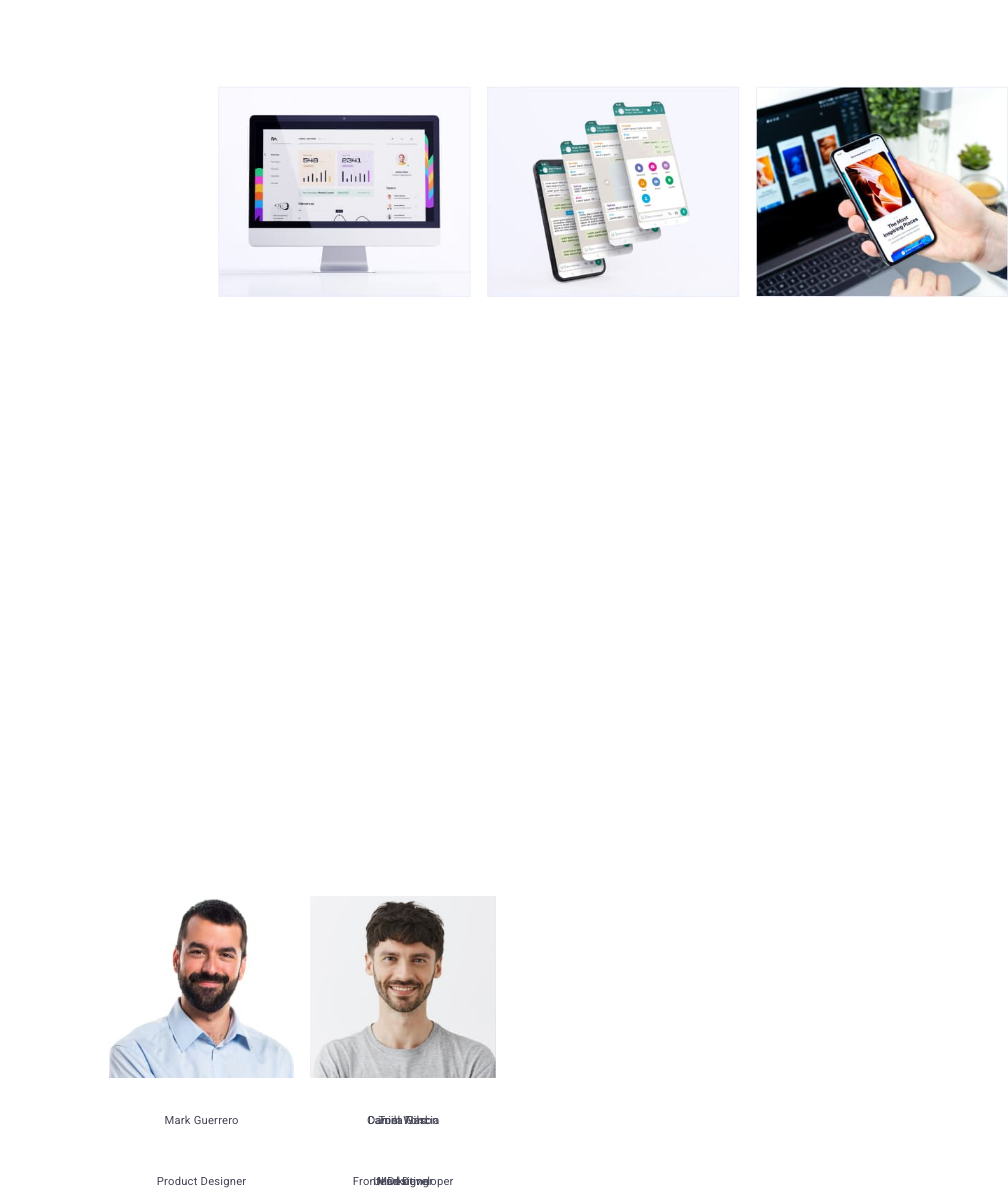
Repository: GrishchenkoNataliya/goit-markup-hw-02
Page: index.html
The author's editor kept a copy of each file at every save. The page is drawn from the files as they stood at one save, then again after the next save.
The browser window is 1280 px wide. The page is 1440 px wide, so the pictures cover 1440 px, including what lies to the right of the window. The pictures show the part of the page from y = 2020 to 3740 px (the page is 3740 px tall), at 70% of full size.

Above is the page before, as saved 2023-03-06 20:12:18.

After the next save:
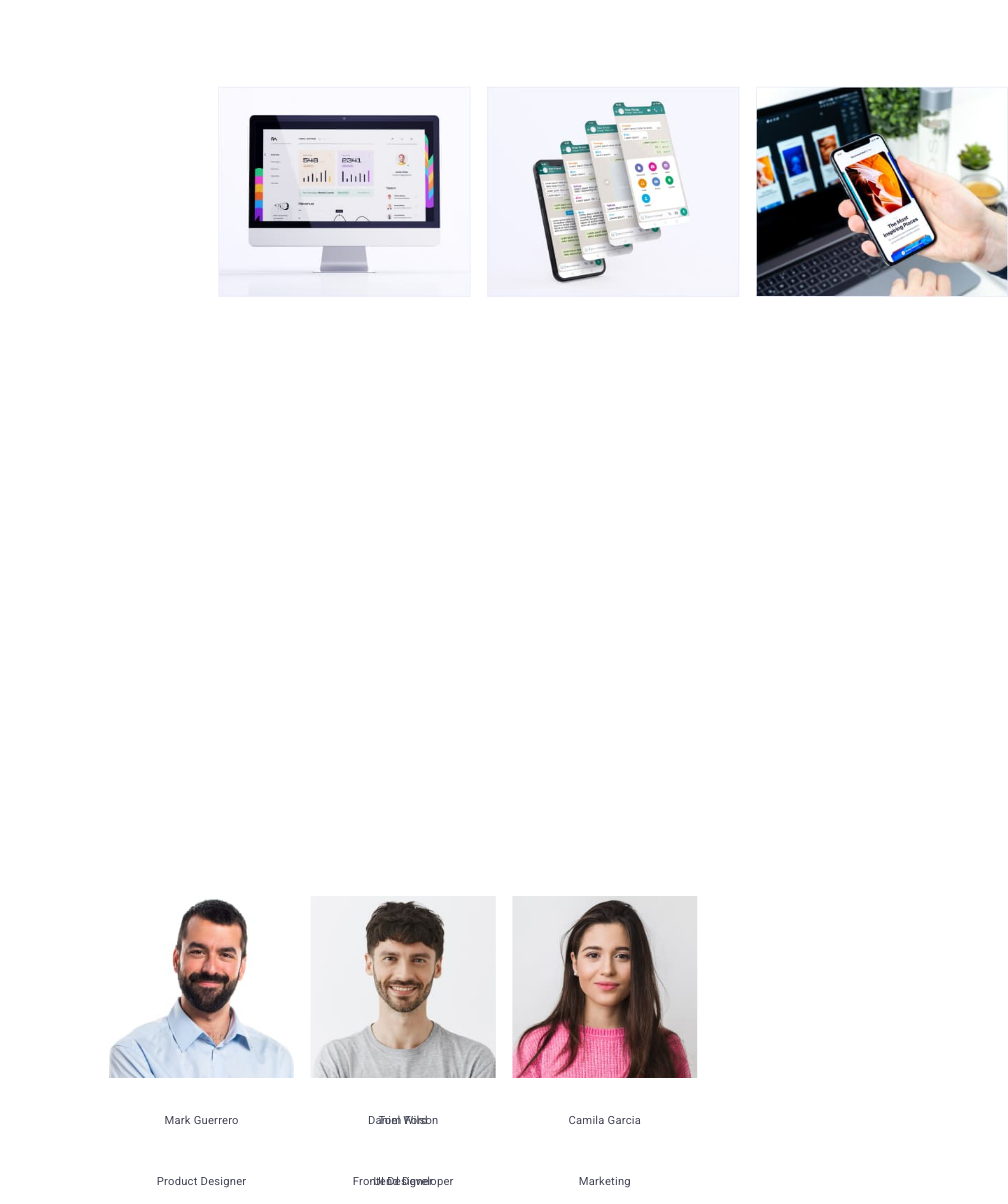
Saved 24 s later.
--- a/css/styles.css
+++ b/css/styles.css
@@ -245,7 +245,7 @@ body {
   position: absolute;
   width: 264px;
   height: 380px;
-  left: 444px;
+  left: 732px;
   top: 1780px;
 }
 .feature3-item4 {
